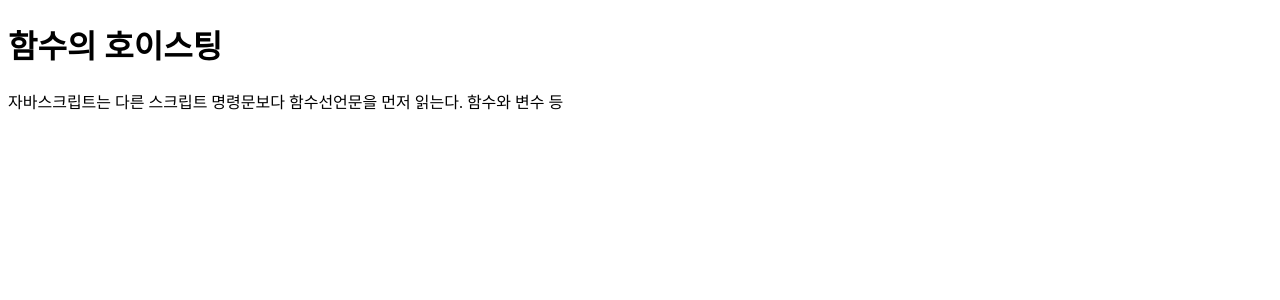
Repository: sonic247897/multicampus-web
Page: clientweb/WebContent/js_basic/js_function_hoisting_test.html
These files come from the project's save history. The page is drawn as it stood at one moment and after the next save; the edit follows.
The browser window is 1280 px wide. The pictures show the whole page.

Above is the page before, as saved 2020-01-09 07:26:28.

After the next save:
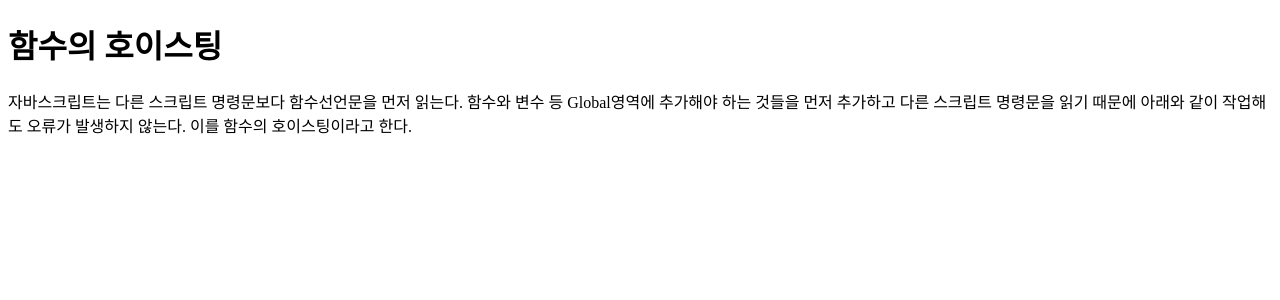
Saved 40 s later.
--- a/clientweb/WebContent/js_basic/js_function_hoisting_test.html
+++ b/clientweb/WebContent/js_basic/js_function_hoisting_test.html
@@ -8,7 +8,9 @@
 	<h1>함수의 호이스팅</h1>
 	<p>
 		자바스크립트는 다른 스크립트 명령문보다 함수선언문을 먼저 읽는다.
-		함수와 변수 등
+		함수와 변수 등 Global영역에 추가해야 하는 것들을 먼저 추가하고 다른 스크립트 명령문을
+		읽기 때문에 아래와 같이 작업해도 오류가 발생하지 않는다.
+		이를 함수의 호이스팅이라고 한다.
 	</p>
 	<script type="text/javascript">
 		test(90);
